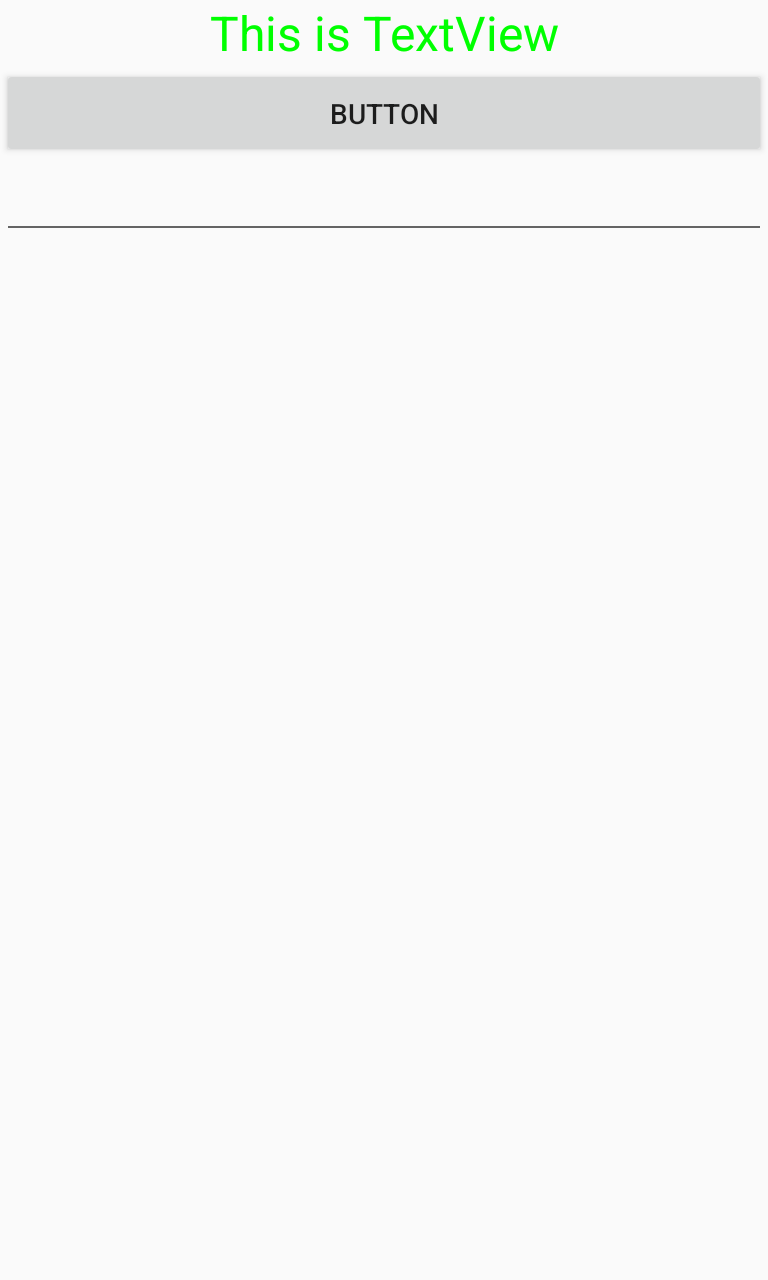
Repository: seanshl/android-projects
Layout: UIWidgetT/res/layout/activity_main.xml
An editor plug-in stored every save of this project. The layout is shown before and after the next save, followed by the edit.
It is drawn on a 768 x 1280 px phone screen (xhdpi) without system bars, with theme AppTheme; the app's code is not run.

Above is the layout before, as saved 2016-08-16 20:00:15.

### UIWidgetT/res/layout/activity_main.xml
<LinearLayout xmlns:android="http://schemas.android.com/apk/res/android"
    android:layout_width="match_parent"
	android:layout_height="match_parent"
	android:orientation="vertical" >

    <TextView
        android:layout_width="match_parent"
        android:layout_height="wrap_content"
        android:textSize="24sp"
        android:textColor="#00ff00"
        android:gravity="center"
        android:text="This is TextView" />

    <Button
        android:id="@+id/button"
        android:layout_width="match_parent"
        android:layout_height="wrap_content"
        android:text="Button" />

    <EditText
        android:id="@+id/edit_text"
        android:layout_width="match_parent"
        android:layout_height="wrap_content" />
</LinearLayout>

Loaded but not shown: UIWidgetT/res/values/styles.xml (common file); UIWidgetT/res/values-v11/styles.xml (common file); UIWidgetT/res/values-v14/styles.xml (common file)

After the next save:
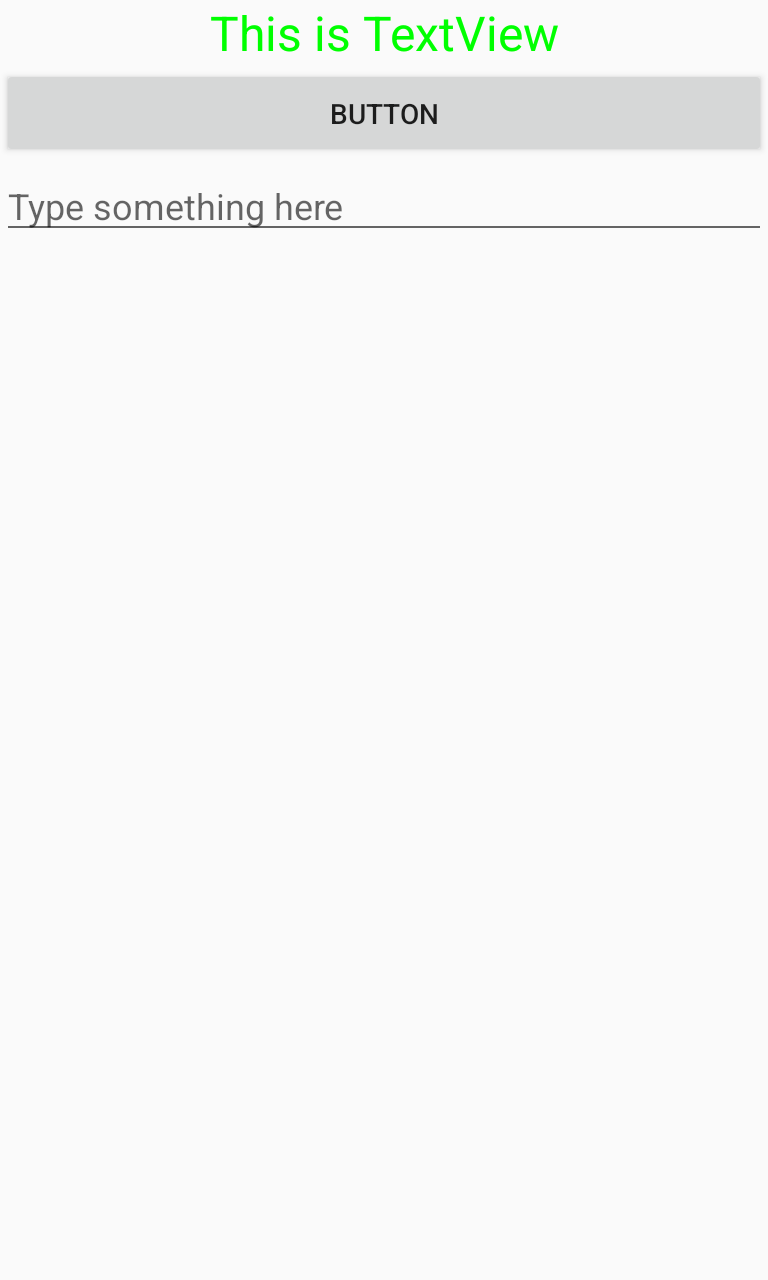
Saved 11 min 17 s later.
--- a/UIWidgetT/res/layout/activity_main.xml
+++ b/UIWidgetT/res/layout/activity_main.xml
@@ -20,5 +20,6 @@
     <EditText
         android:id="@+id/edit_text"
         android:layout_width="match_parent"
-        android:layout_height="wrap_content" />
+        android:layout_height="wrap_content"
+        android:hint="Type something here" />
 </LinearLayout>
